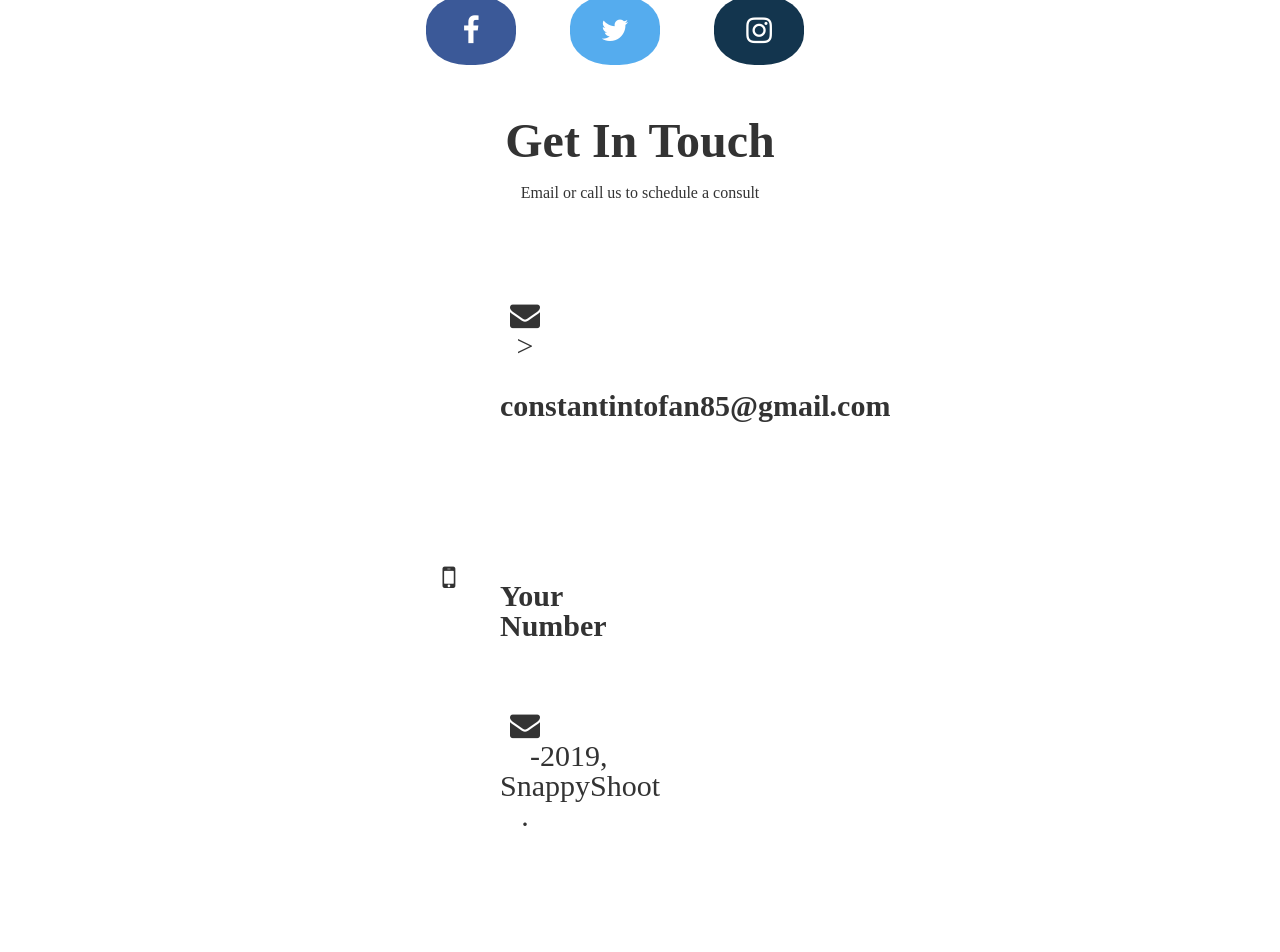
Repository: konstantin0s/mobile-photography
Page: index.html
The author's editor kept a copy of each file at every save. The page is drawn from the files as they stood at one save, then again after the next save.
The browser window is 1280 px wide. The pictures show the part of the page from y = 4272 to 5224 px (the page is 5224 px tall before and 5194 px after).

Above is the page before, as saved 2019-05-16 20:32:31.

### index.html
<!DOCTYPE html>
<html lang="en" dir="ltr">
  <head>
    <meta charset="utf-8">
    <meta name="viewport" content="width=device-width, initial-scale=1.0">
    <meta http-equiv="X-UA-Compatible" content="ie=edge">
    <link rel="stylesheet" href="https://cdnjs.cloudflare.com/ajax/libs/font-awesome/4.7.0/css/font-awesome.min.css">
    <link rel="stylesheet" href="css/style.css">

    <title>Mobile Photography</title>
  </head>
  <body>
<main>
  <div id="landing" class="">
    <div id="landing-text" class="">
      <div id="landing-text-inner" class="">
       <img id="logo" src="img/snapp.png" />
       <h1>Photography</h1>
        <a href="#images" class="btn" id="view-work">
          View Work
        </a>
      </div>
    </div>
    <div id="landing-image" class="">

    </div>
  </div>

  <div id="images" class="">
<div id="header">
  <h2>Our Work</h2>
</div>
<img src="https://source.unsplash.com/1600x900/?nature,water" alt="">
<div class="caption">
  <h3>Photo One</h3>
  <p>
    Lorem ipsum dolor sit amet, consectetur adipisicing elit, sed do eiusmod tempor incididunt ut labore et dolore magna aliqua. Ut enim ad minim veniam, quis nostrud exercitation ullamco laboris nisi ut aliquip ex ea commodo consequat. Duis aute irure dolor in reprehenderit in voluptate velit esse cillum dolore eu fugiat nulla pariatur. Excepteur sint occaecat cupidatat non proident, sunt in culpa qui officia deserunt mollit anim id est laborum.

  </p>
</div>

<img src="https://source.unsplash.com/1600x900/?nature,clouds" alt="">
<div class="caption">
  <h3>Photo Two</h3>
  <p>
    Lorem ipsum dolor sit amet, consectetur adipisicing elit, sed do eiusmod tempor incididunt ut labore et dolore magna aliqua. Ut enim ad minim veniam, quis nostrud exercitation ullamco laboris nisi ut aliquip ex ea commodo consequat. Duis aute irure dolor in reprehenderit in voluptate velit esse cillum dolore eu fugiat nulla pariatur. Excepteur sint occaecat cupidatat non proident, sunt in culpa qui officia deserunt mollit anim id est laborum.

  </p>
</div>

<img src="https://source.unsplash.com/1600x900/?nature,animals" alt="">
<div class="caption">
  <h3>Photo Three</h3>
  <p>
    Lorem ipsum dolor sit amet, consectetur adipisicing elit, sed do eiusmod tempor incididunt ut labore et dolore magna aliqua. Ut enim ad minim veniam, quis nostrud exercitation ullamco laboris nisi ut aliquip ex ea commodo consequat. Duis aute irure dolor in reprehenderit in voluptate velit esse cillum dolore eu fugiat nulla pariatur. Excepteur sint occaecat cupidatat non proident, sunt in culpa qui officia deserunt mollit anim id est laborum.

  </p>
</div>

<img src="https://source.unsplash.com/1600x900/?nature,trees" alt="">
<div class="caption">
  <h3>Photo Four/h3>
  <p>
    Lorem ipsum dolor sit amet, consectetur adipisicing elit, sed do eiusmod tempor incididunt ut labore et dolore magna aliqua. Ut enim ad minim veniam, quis nostrud exercitation ullamco laboris nisi ut aliquip ex ea commodo consequat. Duis aute irure dolor in reprehenderit in voluptate velit esse cillum dolore eu fugiat nulla pariatur. Excepteur sint occaecat cupidatat non proident, sunt in culpa qui officia deserunt mollit anim id est laborum.

  </p>
</div>

<img src="https://source.unsplash.com/1600x900/?nature,flowers" alt="">
<div class="caption">
  <h3>Photo Five</h3>
  <p>
    Lorem ipsum dolor sit amet, consectetur adipisicing elit, sed do eiusmod tempor incididunt ut labore et dolore magna aliqua. Ut enim ad minim veniam, quis nostrud exercitation ullamco laboris nisi ut aliquip ex ea commodo consequat. Duis aute irure dolor in reprehenderit in voluptate velit esse cillum dolore eu fugiat nulla pariatur. Excepteur sint occaecat cupidatat non proident, sunt in culpa qui officia deserunt mollit anim id est laborum.

  </p>
</div>

  </div>

</main>

<footer>
   <div class="socialIcon">
      <a href="https://www.facebook.com/konstantine.tofan" target="_blank" class="fa fa-facebook"></a>
    <a href="https://twitter.com/konstofan" target="_blank" class="fa fa-twitter"></a>
    <a href="https://www.instagram.com/allwaysunny/" target="_blank" class="fa fa-instagram"></a>
   </div>

  <h3>Get In Touch</h3>
  <p>Email or call us to schedule a consult</p>
 <div class="container">
    <i class="fa fa-envelope fa-5x" aria-hidden="true"></i<br />
      ><p><strong>constantintofan85@gmail.com</strong>
    </p> <br />
    <i class="fa fa-mobile fa-5x" aria-hidden="true"></i>
     <p> <strong>Your Number</strong></p>
 </div>
 &copy;<script>new Date().getFullYear()>2010&&document.write("-"+new Date().getFullYear());</script>, SnappyShoot .
</footer>
<script
src="https://code.jquery.com/jquery-3.3.1.min.js"
integrity="sha256-FgpCb/KJQlLNfOu91ta32o/NMZxltwRo8QtmkMRdAu8="
crossorigin="anonymous"></script>
<script type="text/javascript" src="js/main.js">

</script>
  </body>
</html>

### css/style.css
import url('https://fonts.googleapis.com/css?family=Open+Sans');

body {
  font-family: 'Open Sans', sans-serif;
  margin: 0;
  background-color: #eee;
  height: auto;
}

h1{
  font-weight: 400;
  font-size: 2.5rem;
  text-transform: uppercase;
  margin: 0;
  border-bottom: 1px solid black;
  top: -90px;
  position: relative;
}

h2 {
  font-weight: 400;
  font-size: 1.2rem;
  text-transform: capitalize;
  margin: 0;
}

img {
  display: block;
  width: 100%;
}

#logo {
  top: -80px;
  position: relative;
}

main {
  max-width: 900px;
  margin: auto;
  box-shadow: 30px 0px 40px rgba(0,0,0,0.1), -30px 0px 40px rgba(0,0,0,0.1);
}

#landing {
  background: #fff;
  }

#landing-text {
display: flex;
flex: 0 1 40vw;
height: 50vh;
justify-content: center;
align-items: center;
text-align: center;
padding-right: 1rem;
padding-left: 1rem;
}

#landing-text h2 {
  color: #888;
}
.btn {
  padding: 0.5rem 2rem;
  border: 1px #ccc solid;
  display: inline-block;
  margin: 2rem 0 0;
  border-radius: 50px;
  text-decoration: none;
  color: #333;
  transition: background 500ms ease;
}

#landing-image {
  background: url(https://source.unsplash.com/De8wMYoSSBc);
  background-position: center;
  background-size: cover;
  background-repeat: no-repeat;
  height: 50vh;
  flex: 0 1 60vw;
  margin: 0;
}

.btn:hover {
  background: #f4f4f4;
}

#header {
  padding: 1.5rem;
  text-align: center;
  background: #333;
  color: #fff;
}

#header h2 {
  border-left: dotted 1px #fff;
  border-right: dotted 1px #fff;
display: inline-block;
padding-right: 1rem;
padding-left: 1rem;
}

.caption {
  padding: 0.8rem;
  text-align: center;
}

footer {
  text-align: center;
  padding: 2rem 1rem;
  margin: auto;
  color: #333;
}

footer h3 {
  font-size: 3rem;
  margin-bottom: 0;
}

.fa {
  padding: 20px;
  margin-right: 50px;
  font-size: 30px;
  width: 50px;
  text-align: center;
  text-decoration: none;
  border-radius: 45%;
}

/* Add a hover effect if you want */
.fa:hover {
  opacity: 0.7;
}

/* Set a specific color for each brand */

/* Facebook */
.fa-facebook {
  background: #3B5998;
  color: white;
}

/* Twitter */
.fa-twitter {
  background: #55ACEE;
  color: white;
}

/* Instagram */
.fa-instagram {
  background: rgb(19, 53, 78);
  color: white;
}

/* Email & Phone*/

.fa-envelope {
  position: relative;
  left:-90px;
 top: 62px;
}

.fa-mobile {
  position: relative;
  left:-96px;
 top: 62px;
}

.container {
  display: flex;
 flex-direction: column;
 justify-content: space-evenly;
 align-items: center;
}

/* Screen size 500px and up*/
@media(min-width: 500px) {
  #landing {
    display: flex;
    height: 100%;
  }
  #landing-text {
    height: 100vh;
  }
  #landing-image {
    height: 100vh;
  }
}

/* Screen size 700px and up*/
@media(min-width: 700px) {
  .btn {
    padding: 1rem 3rem;
  }
}

/* Screen size 500px and up*/
@media(max-width: 500px) {
  .btn {
    padding: 1rem 3rem;
  }


  #logo {
    display: flex;
    width: 200px;
    height: 150px;
    flex-direction: column;
    top: -30px;
    position: relative;
  }

  h1 {

    flex-direction: column;
    top: -20px;
  font-size: 28px;
  border-bottom: 1px solid black;
  }

  .fa {
    padding: 15px;
    margin-right: 80px;
    font-size: 50px;
    width: 35px;
    text-align: center;
    text-decoration: none;
    border-radius: 35%;
  }
  .socialIcon {
    display: flex;
    justify-content: space-around;
    flex-direction: row;
    width: 100%;

    position: relative;
    top: 20px;
    left: 40px;
  }


}

### js/main.js
//animate smooth scroll
$('#view-work').on('click', function() {
  const images = $('#images').position().top;

  $('html, body').animate({
    scrollTop: images
  }, 900)
});

After the next save:
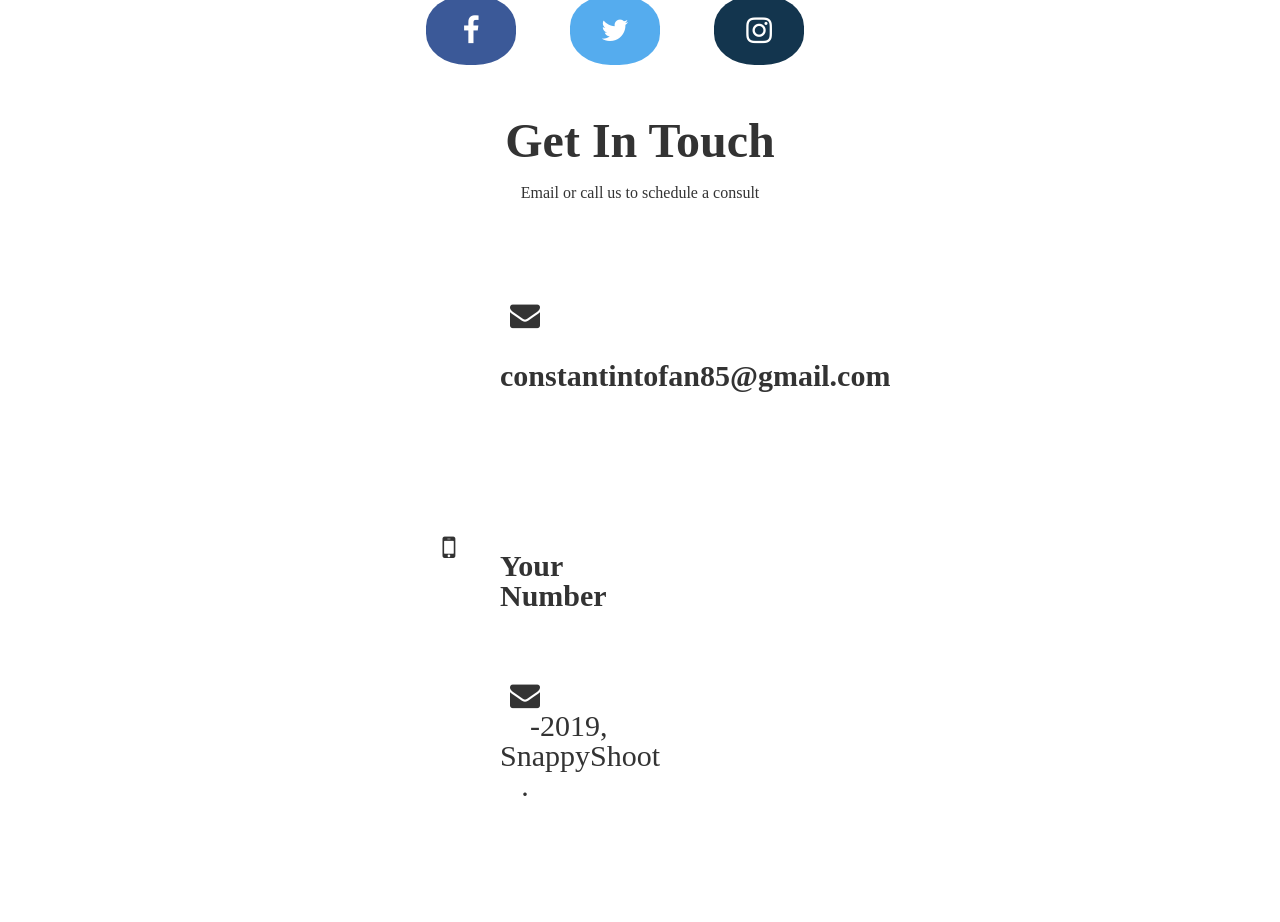
Saved 15 s later.
--- a/index.html
+++ b/index.html
@@ -90,7 +90,7 @@
   <p>Email or call us to schedule a consult</p>
  <div class="container">
     <i class="fa fa-envelope fa-5x" aria-hidden="true"></i<br />
-      ><p><strong>constantintofan85@gmail.com</strong>
+      <p><strong>constantintofan85@gmail.com</strong>
     </p> <br />
     <i class="fa fa-mobile fa-5x" aria-hidden="true"></i>
      <p> <strong>Your Number</strong></p>
